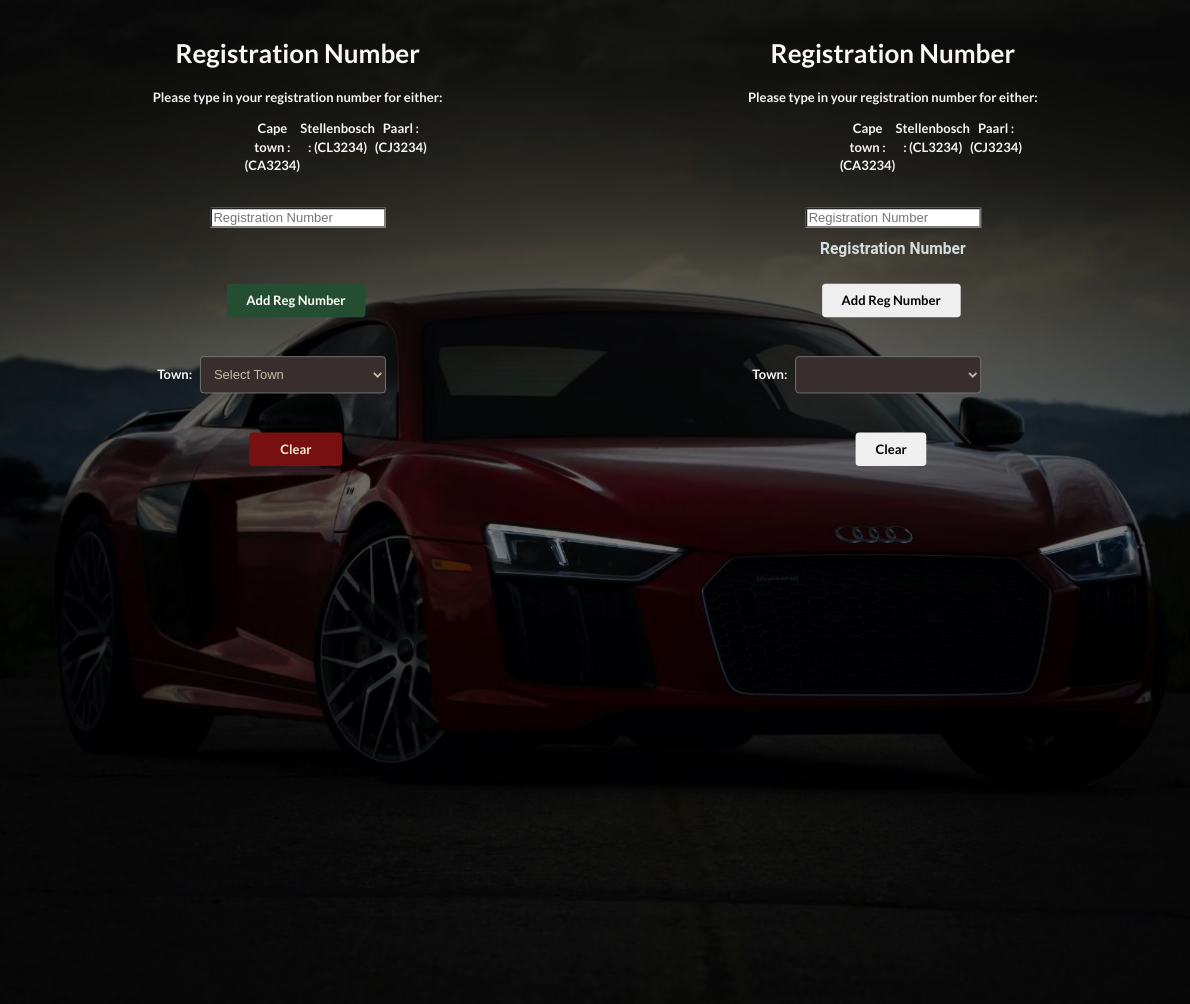
Repository: lasity34/Registration_number
Page: index.html
The author's editor kept a copy of each file at every save. The page is drawn from the files as they stood at one save, then again after the next save.
The browser window is 1280 px wide. The pictures show the whole page, at 93% of full size.
Some web libraries are served in a nearby version.

Above is the page before, as saved 2023-05-08 12:07:23.
Console error: SyntaxError: Identifier 'regInstance' has already been declared

After the next save:
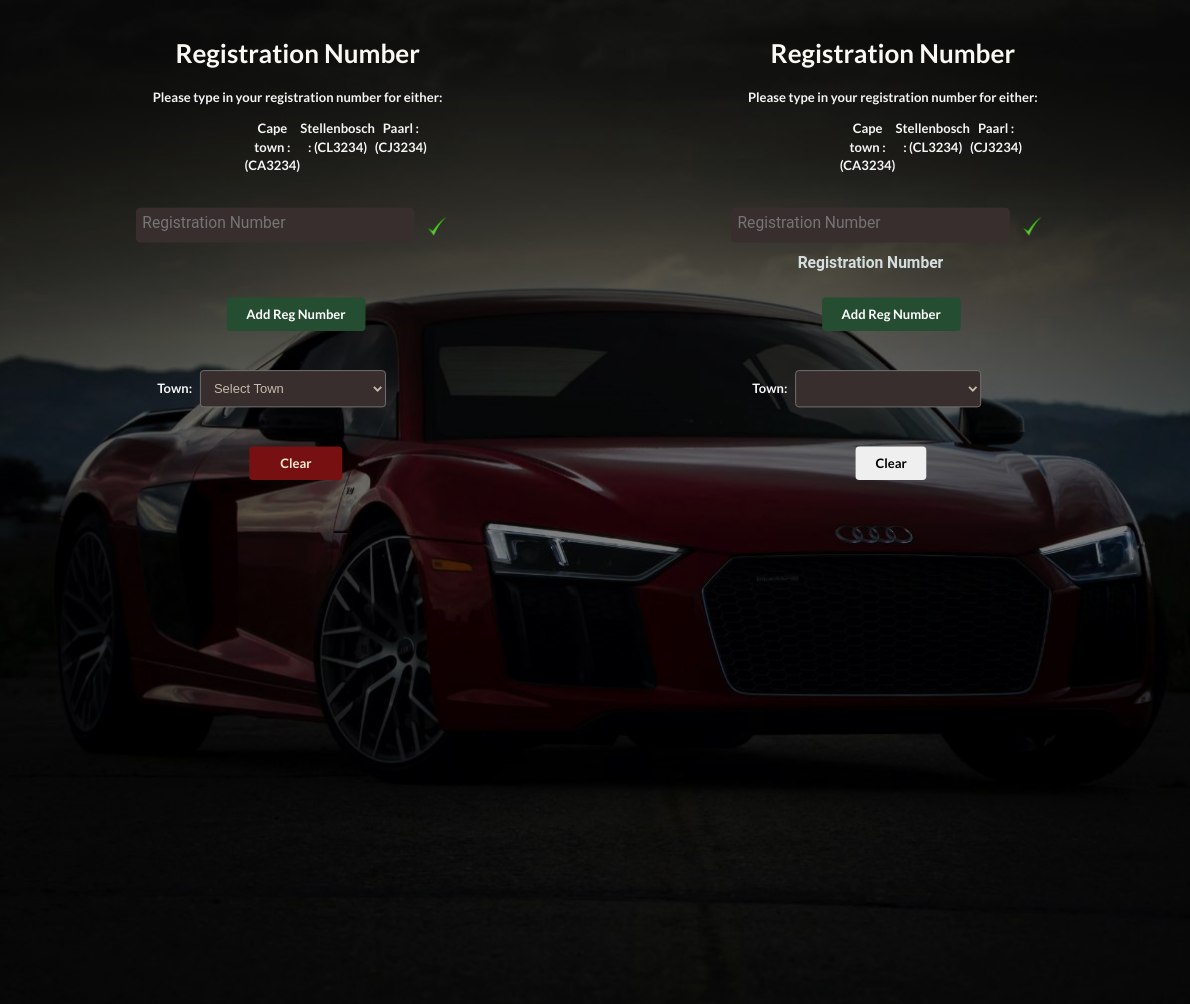
Saved 2 min 5 s later.
--- a/style.css
+++ b/style.css
@@ -53,7 +53,7 @@
   color: rgb(213, 222, 222);
 }
 
-.form__input .form__input_temp {
+.form__input, .form__input_temp {
   font-family: "Roboto", sans-serif;
   color: #baa3a3;
   font-size: 1.2rem;
@@ -119,12 +119,12 @@
   margin-bottom: 3em;
 }
 
-.add_btn {
+.add_btn, .add_btn_temp {
   background-color: #244d31;
   color: #fff;
 }
 
-.add_btn:hover {
+.add_btn:hover, .add_btn_temp:hover {
   background-color: #226a31;
 }
 
@@ -149,7 +149,7 @@
   height: 40px;
 }
 
-.valid  .valid_temp{
+.valid,  .valid_temp{
   background-image: url("./images/green-tick\(2\).png");
   background-position: right center;
   background-repeat: no-repeat;
@@ -163,7 +163,7 @@
   background-repeat: no-repeat;
 }
 
-#error  #error_temp{
+#error,  #error_temp{
   margin-left: 1em;
   align-self: center;
 }
